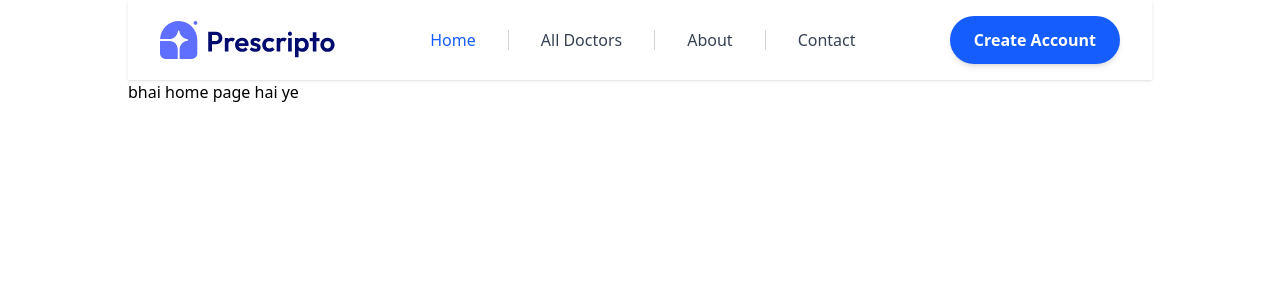
Repository: Pran2535/appointement_booking
Page: / (app in frontend/)
These files come from the project's save history. The page is drawn as it stood at one moment and after the next save; the edit follows.
The browser window is 1280 px wide. The pictures show the whole page.
The project was rebuilt for these pictures with package versions that can differ from the ones it lists, and the page was loaded fresh each time. Also part of the build but not shown: frontend/vite.config.js, frontend/src/pages/About.jsx, frontend/src/pages/MyAppointments.jsx, frontend/src/pages/Doctors.jsx, frontend/src/pages/Login.jsx, frontend/src/pages/Contact.jsx, frontend/src/pages/MyProfile.jsx, frontend/src/pages/Appointment.jsx.

Above is the page before, as saved 2025-02-14 21:37:24.

### frontend/index.html
<!doctype html>
<html lang="en">
  <head>
    <meta charset="UTF-8" />
    <link rel="icon" type="image/svg+xml" href="/vite.svg" />
    <meta name="viewport" content="width=device-width, initial-scale=1.0" />
    <title>Mishra healthcare</title>
  </head>
  <body>
    <div id="root"></div>
    <script type="module" src="/src/main.jsx"></script>
  </body>
</html>

### frontend/src/main.jsx
import { StrictMode } from 'react'
import { createRoot } from 'react-dom/client'
import './index.css'
import App from './App.jsx'
import { BrowserRouter } from 'react-router-dom'

createRoot(document.getElementById('root')).render(
<BrowserRouter>
    <App />
  </BrowserRouter>,
)

### frontend/src/App.jsx
import React from 'react'
import { Route, Routes } from 'react-router-dom'
import Home from './pages/Home'
import About from './pages/About'
import MyAppointments from './pages/MyAppointments'
import Doctors from './pages/Doctors'
import Login from './pages/Login'
import Contact from './pages/Contact'
import MyProfile from './pages/MyProfile'
import Appointment from './pages/Appointment'
import Navbar from './components/Navbar'

const App = () => {
  return (
    <div className='mx-4 sm:mx-[10%]'>
      <Navbar/>{ /* mounted navbar component before routes so that it gets displayed over the all routes */}
      <Routes>
        <Route path='/' element={<Home />} />
        <Route path='/about' element={<About />} />
        <Route path='/my-appointments' element={<MyAppointments />} />
        <Route path='/doctors' element={<Doctors/>}/>
        <Route path='/doctors/:speciality' element={<Doctors/>}/>
        <Route path ='/login' element={<Login/>}/>
        <Route path='/contact' element={<Contact/>}/>
        <Route path ='/my-profile' element={<MyProfile/>}/>
        <Route path ='/appointments/:docId' element={<Appointment/>}/>
      </Routes>
    </div>
  )
}

export default App

### frontend/src/pages/Home.jsx
import React from 'react'

const Home = () => {
  return (
    <div>
      bhai home page hai ye
    </div>
  )
}

export default Home

### frontend/src/components/Navbar.jsx
import React, { useState } from 'react'
import { NavLink, useNavigate } from 'react-router-dom'
import { assets } from '../assets/assets'

const links = [
  { to: '/', label: 'Home' },
  { to: '/doctors', label: 'All Doctors' },
  { to: '/about', label: 'About' },
  { to: '/contact', label: 'Contact' }
]

const Navbar = () => {
  const navigate = useNavigate();
  const [showMenu, setShowMenu]=useState(false);
  const [token,setToken]=useState(true);


  return (
    <nav className="sticky top-0 bg-white shadow-sm z-50">
      <div className="max-w-7xl mx-auto px-4 sm:px-6 lg:px-8 py-4 flex items-center justify-between">
        {/* Logo */}
        <div className="flex-shrink-0">
          <img
            className="w-32 md:w-40 lg:w-44 h-auto cursor-pointer transition-transform hover:scale-105"
            src={assets.logo}
            alt="Company Logo"
          />
        </div>

        {/* Navigation Links */}
        <div className="hidden md:block">
          <ul className="flex items-center space-x-8">
            {links.map((l, i) => (
              <React.Fragment key={l.to}>
                <NavLink
                  to={l.to}
                  className={({ isActive }) =>
                    `font-medium transition-colors duration-200 hover:text-blue-600 ${
                      isActive ? 'text-blue-600' : 'text-gray-700'
                    }`
                  }
                >
                  {l.label}
                </NavLink>
                {i < links.length - 1 && (
                  <div className="h-5 w-px bg-gray-300" aria-hidden="true" />
                )}
              </React.Fragment>
            ))}
          </ul>
        </div>

        {/* CTA Button */}
        <div className="flex items-center gap-4">
          <button
            onClick={() => navigate('/login')}
            className="hidden cursor-pointer md:block bg-blue-600 hover:bg-blue-700 text-white px-6 py-3 rounded-full font-semibold transition-colors duration-200 focus:outline-none focus:ring-2 focus:ring-blue-500 focus:ring-offset-2 shadow-md"
          >
            Create Account
          </button>
        </div>
      </div>
    </nav>
  )
}

export default Navbar

### frontend/src/assets/assets.js
import appointment_img from './appointment_img.png'
import header_img from './header_img.png'
import group_profiles from './group_profiles.png'
import profile_pic from './profile_pic.png'
import contact_image from './contact_image.png'
import about_image from './about_image.png'
import logo from './logo.svg'
import dropdown_icon from './dropdown_icon.svg'
import menu_icon from './menu_icon.svg'
import cross_icon from './cross_icon.png'
import chats_icon from './chats_icon.svg'
import verified_icon from './verified_icon.svg'
import arrow_icon from './arrow_icon.svg'
import info_icon from './info_icon.svg'
import upload_icon from './upload_icon.png'
import stripe_logo from './stripe_logo.png'
import razorpay_logo from './razorpay_logo.png'
import doc1 from './doc1.png'
import doc2 from './doc2.png'
import doc3 from './doc3.png'
import doc4 from './doc4.png'
import doc5 from './doc5.png'
import doc6 from './doc6.png'
import doc7 from './doc7.png'
import doc8 from './doc8.png'
import doc9 from './doc9.png'
import doc10 from './doc10.png'
import doc11 from './doc11.png'
import doc12 from './doc12.png'
import doc13 from './doc13.png'
import doc14 from './doc14.png'
import doc15 from './doc15.png'
import Dermatologist from './Dermatologist.svg'
import Gastroenterologist from './Gastroenterologist.svg'
import General_physician from './General_physician.svg'
import Gynecologist from './Gynecologist.svg'
import Neurologist from './Neurologist.svg'
import Pediatricians from './Pediatricians.svg'


export const assets = {
    appointment_img,
    header_img,
    group_profiles,
    logo,
    chats_icon,
    verified_icon,
    info_icon,
    profile_pic,
    arrow_icon,
    contact_image,
    about_image,
    menu_icon,
    cross_icon,
    dropdown_icon,
    upload_icon,
    stripe_logo,
    razorpay_logo
}

export const specialityData = [
    {
        speciality: 'General physician',
        image: General_physician
    },
    {
        speciality: 'Gynecologist',
        image: Gynecologist
    },
    {
        speciality: 'Dermatologist',
        image: Dermatologist
    },
    {
        speciality: 'Pediatricians',
        image: Pediatricians
    },
    {
        speciality: 'Neurologist',
        image: Neurologist
    },
    {
        speciality: 'Gastroenterologist',
        image: Gastroenterologist
    },
]

export const doctors = [
    {
        _id: 'doc1',
        name: 'Dr. Richard James',
        image: doc1,
        speciality: 'General physician',
        degree: 'MBBS',
        experience: '4 Years',
        about: 'Dr. Davis has a strong commitment to delivering comprehensive medical care, focusing on preventive medicine, early diagnosis, and effective treatment strategies. Dr. Davis has a strong commitment to delivering comprehensive medical care, focusing on preventive medicine, early diagnosis, and effective treatment strategies.',
        fees: 50,
        address: {
            line1: '17th Cross, Richmond',
            line2: 'Circle, Ring Road, London'
        }
    },
    {
        _id: 'doc2',
        name: 'Dr. Emily Larson',
        image: doc2,
        speciality: 'Gynecologist',
        degree: 'MBBS',
        experience: '3 Years',
        about: 'Dr. Davis has a strong commitment to delivering comprehensive medical care, focusing on preventive medicine, early diagnosis, and effective treatment strategies. Dr. Davis has a strong commitment to delivering comprehensive medical care, focusing on preventive medicine, early diagnosis, and effective treatment strategies.',
        fees: 60,
        address: {
            line1: '27th Cross, Richmond',
            line2: 'Circle, Ring Road, London'
        }
    },
    {
        _id: 'doc3',
        name: 'Dr. Sarah Patel',
        image: doc3,
        speciality: 'Dermatologist',
        degree: 'MBBS',
        experience: '1 Years',
        about: 'Dr. Davis has a strong commitment to delivering comprehensive medical care, focusing on preventive medicine, early diagnosis, and effective treatment strategies. Dr. Davis has a strong commitment to delivering comprehensive medical care, focusing on preventive medicine, early diagnosis, and effective treatment strategies.',
        fees: 30,
        address: {
            line1: '37th Cross, Richmond',
            line2: 'Circle, Ring Road, London'
        }
    },
    {
        _id: 'doc4',
        name: 'Dr. Christopher Lee',
        image: doc4,
        speciality: 'Pediatricians',
        degree: 'MBBS',
        experience: '2 Years',
        about: 'Dr. Davis has a strong commitment to delivering comprehensive medical care, focusing on preventive medicine, early diagnosis, and effective treatment strategies. Dr. Davis has a strong commitment to delivering comprehensive medical care, focusing on preventive medicine, early diagnosis, and effective treatment strategies.',
        fees: 40,
        address: {
            line1: '47th Cross, Richmond',
            line2: 'Circle, Ring Road, London'
        }
    },
    {
        _id: 'doc5',
        name: 'Dr. Jennifer Garcia',
        image: doc5,
        speciality: 'Neurologist',
        degree: 'MBBS',
        experience: '4 Years',
        about: 'Dr. Davis has a strong commitment to delivering comprehensive medical care, focusing on preventive medicine, early diagnosis, and effective treatment strategies. Dr. Davis has a strong commitment to delivering comprehensive medical care, focusing on preventive medicine, early diagnosis, and effective treatment strategies.',
        fees: 50,
        address: {
            line1: '57th Cross, Richmond',
            line2: 'Circle, Ring Road, London'
        }
    },
    {
        _id: 'doc6',
        name: 'Dr. Andrew Williams',
        image: doc6,
        speciality: 'Neurologist',
        degree: 'MBBS',
        experience: '4 Years',
        about: 'Dr. Davis has a strong commitment to delivering comprehensive medical care, focusing on preventive medicine, early diagnosis, and effective treatment strategies. Dr. Davis has a strong commitment to delivering comprehensive medical care, focusing on preventive medicine, early diagnosis, and effective treatment strategies.',
        fees: 50,
        address: {
            line1: '57th Cross, Richmond',
            line2: 'Circle, Ring Road, London'
        }
    },
    {
        _id: 'doc7',
        name: 'Dr. Christopher Davis',
        image: doc7,
        speciality: 'General physician',
        degree: 'MBBS',
        experience: '4 Years',
        about: 'Dr. Davis has a strong commitment to delivering comprehensive medical care, focusing on preventive medicine, early diagnosis, and effective treatment strategies. Dr. Davis has a strong commitment to delivering comprehensive medical care, focusing on preventive medicine, early diagnosis, and effective treatment strategies.',
        fees: 50,
        address: {
            line1: '17th Cross, Richmond',
            line2: 'Circle, Ring Road, London'
        }
    },
    {
        _id: 'doc8',
        name: 'Dr. Timothy White',
        image: doc8,
        speciality: 'Gynecologist',
        degree: 'MBBS',
        experience: '3 Years',
        about: 'Dr. Davis has a strong commitment to delivering comprehensive medical care, focusing on preventive medicine, early diagnosis, and effective treatment strategies. Dr. Davis has a strong commitment to delivering comprehensive medical care, focusing on preventive medicine, early diagnosis, and effective treatment strategies.',
        fees: 60,
        address: {
            line1: '27th Cross, Richmond',
            line2: 'Circle, Ring Road, London'
        }
    },
    {
        _id: 'doc9',
        name: 'Dr. Ava Mitchell',
        image: doc9,
        speciality: 'Dermatologist',
        degree: 'MBBS',
        experience: '1 Years',
        about: 'Dr. Davis has a strong commitment to delivering comprehensive medical care, focusing on preventive medicine, early diagnosis, and effective treatment strategies. Dr. Davis has a strong commitment to delivering comprehensive medical care, focusing on preventive medicine, early diagnosis, and effective treatment strategies.',
        fees: 30,
        address: {
            line1: '37th Cross, Richmond',
            line2: 'Circle, Ring Road, London'
        }
    },
    {
        _id: 'doc10',
        name: 'Dr. Jeffrey King',
        image: doc10,
        speciality: 'Pediatricians',
        degree: 'MBBS',
        experience: '2 Years',
        about: 'Dr. Davis has a strong commitment to delivering comprehensive medical care, focusing on preventive medicine, early diagnosis, and effective treatment strategies. Dr. Davis has a strong commitment to delivering comprehensive medical care, focusing on preventive medicine, early diagnosis, and effective treatment strategies.',
        fees: 40,
        address: {
            line1: '47th Cross, Richmond',
            line2: 'Circle, Ring Road, London'
        }
    },
    {
        _id: 'doc11',
        name: 'Dr. Zoe Kelly',
        image: doc11,
        speciality: 'Neurologist',
        degree: 'MBBS',
        experience: '4 Years',
        about: 'Dr. Davis has a strong commitment to delivering comprehensive medical care, focusing on preventive medicine, early diagnosis, and effective treatment strategies. Dr. Davis has a strong commitment to delivering comprehensive medical care, focusing on preventive medicine, early diagnosis, and effective treatment strategies.',
        fees: 50,
        address: {
            line1: '57th Cross, Richmond',
            line2: 'Circle, Ring Road, London'
        }
    },
    {
        _id: 'doc12',
        name: 'Dr. Patrick Harris',
        image: doc12,
        speciality: 'Neurologist',
        degree: 'MBBS',
        experience: '4 Years',
        about: 'Dr. Davis has a strong commitment to delivering comprehensive medical care, focusing on preventive medicine, early diagnosis, and effective treatment strategies. Dr. Davis has a strong commitment to delivering comprehensive medical care, focusing on preventive medicine, early diagnosis, and effective treatment strategies.',
        fees: 50,
        address: {
            line1: '57th Cross, Richmond',
            line2: 'Circle, Ring Road, London'
        }
    },
    {
        _id: 'doc13',
        name: 'Dr. Chloe Evans',
        image: doc13,
        speciality: 'General physician',
        degree: 'MBBS',
        experience: '4 Years',
        about: 'Dr. Davis has a strong commitment to delivering comprehensive medical care, focusing on preventive medicine, early diagnosis, and effective treatment strategies. Dr. Davis has a strong commitment to delivering comprehensive medical care, focusing on preventive medicine, early diagnosis, and effective treatment strategies.',
        fees: 50,
        address: {
            line1: '17th Cross, Richmond',
            line2: 'Circle, Ring Road, London'
        }
    },
    {
        _id: 'doc14',
        name: 'Dr. Ryan Martinez',
        image: doc14,
        speciality: 'Gynecologist',
        degree: 'MBBS',
        experience: '3 Years',
        about: 'Dr. Davis has a strong commitment to delivering comprehensive medical care, focusing on preventive medicine, early diagnosis, and effective treatment strategies. Dr. Davis has a strong commitment to delivering comprehensive medical care, focusing on preventive medicine, early diagnosis, and effective treatment strategies.',
        fees: 60,
        address: {
            line1: '27th Cross, Richmond',
            line2: 'Circle, Ring Road, London'
        }
    },
    {
        _id: 'doc15',
        name: 'Dr. Amelia Hill',
        image: doc15,
        speciality: 'Dermatologist',
        degree: 'MBBS',
        experience: '1 Years',
        about: 'Dr. Davis has a strong commitment to delivering comprehensive medical care, focusing on preventive medicine, early diagnosis, and effective treatment strategies. Dr. Davis has a strong commitment to delivering comprehensive medical care, focusing on preventive medicine, early diagnosis, and effective treatment strategies.',
        fees: 30,
        address: {
            line1: '37th Cross, Richmond',
            line2: 'Circle, Ring Road, London'
        }
    },
]

Loaded but not shown: frontend/src/index.css (common file)

After the next save:
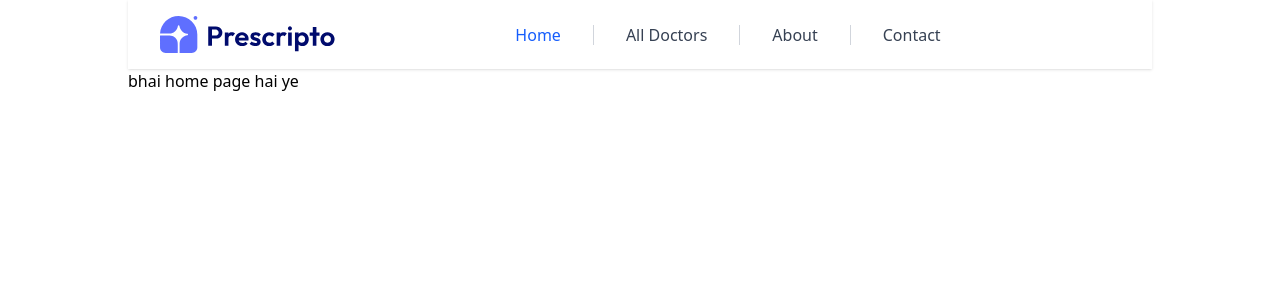
Saved 73 s later.
--- a/frontend/src/components/Navbar.jsx
+++ b/frontend/src/components/Navbar.jsx
@@ -52,12 +52,18 @@ const Navbar = () => {
 
         {/* CTA Button */}
         <div className="flex items-center gap-4">
-          <button
+            {
+                token?
+                <div></div>
+                :
+                 <button
             onClick={() => navigate('/login')}
             className="hidden cursor-pointer md:block bg-blue-600 hover:bg-blue-700 text-white px-6 py-3 rounded-full font-semibold transition-colors duration-200 focus:outline-none focus:ring-2 focus:ring-blue-500 focus:ring-offset-2 shadow-md"
           >
             Create Account
           </button>
+            }
+
         </div>
       </div>
     </nav>

After the save that followed:
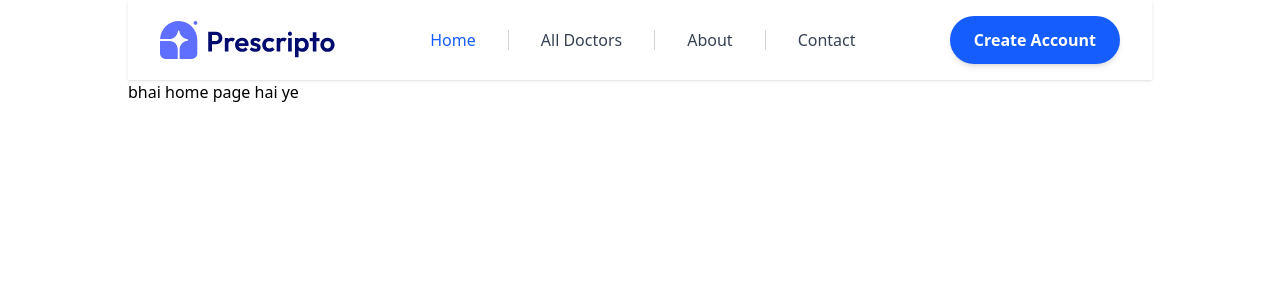
Saved 16 s later.
--- a/frontend/src/components/Navbar.jsx
+++ b/frontend/src/components/Navbar.jsx
@@ -12,7 +12,7 @@ const links = [
 const Navbar = () => {
   const navigate = useNavigate();
   const [showMenu, setShowMenu]=useState(false);
-  const [token,setToken]=useState(true);
+  const [token,setToken]=useState(false);
 
 
   return (
